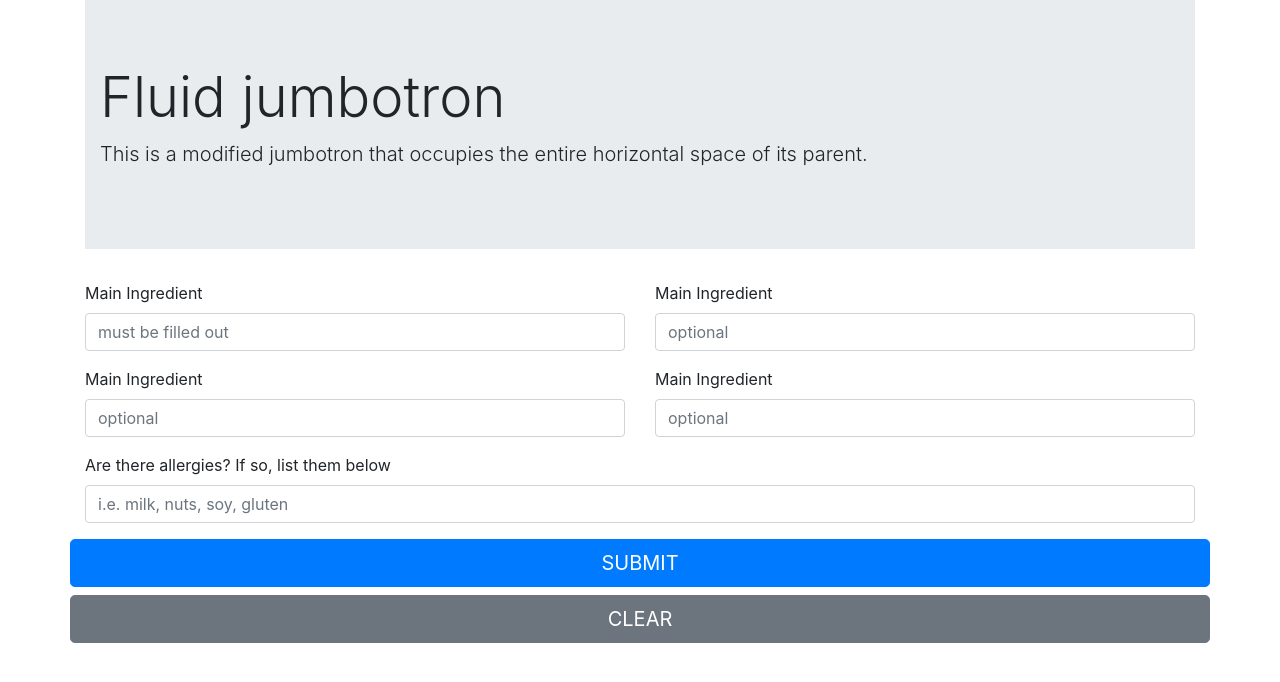
Repository: ogipajic/Recipe_API
Page: index.html
These files come from the project's save history. The page is drawn as it stood at one moment and after the next save; the edit follows.
The browser window is 1280 px wide. The pictures show the whole page.

Above is the page before, as saved 2020-07-03 18:22:12.
Not found: script.js

After the next save:
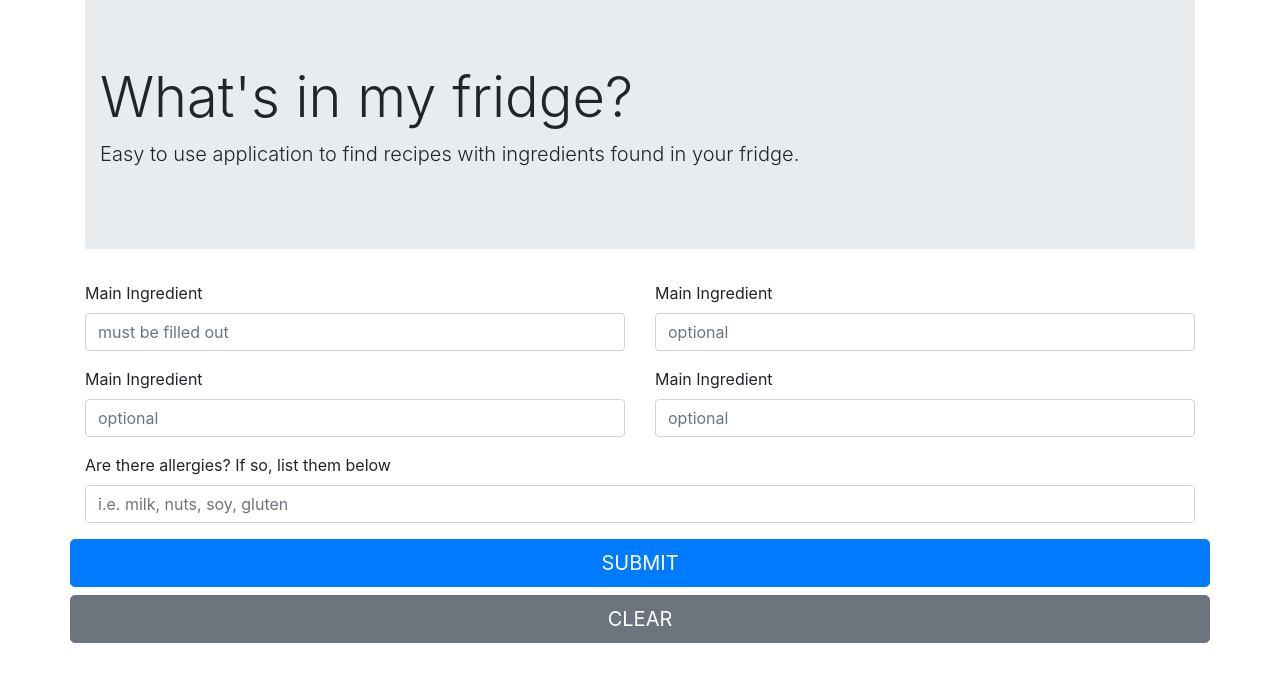
Saved 19 min 48 s later.
--- a/index.html
+++ b/index.html
@@ -18,8 +18,8 @@
     <div class="container">
     <div class="jumbotron jumbotron-fluid">
         <div class="container">
-          <h1 class="display-4">Fluid jumbotron</h1>
-          <p class="lead">This is a modified jumbotron that occupies the entire horizontal space of its parent.</p>
+          <h1 class="display-4">What's in my fridge?</h1>
+          <p class="lead">Easy to use application to find recipes with ingredients found in your fridge.</p>
         </div>
       </div>
 
